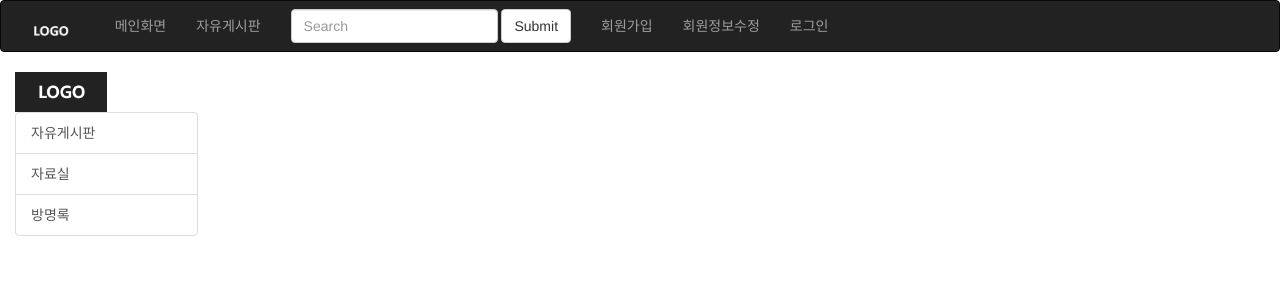
Repository: bhj305/JSP_Bulletin_Board
Page: http://localhost/BulletinBoard/14MVCBoard/Default.jsp
An editor plug-in stored every save of this project. The page is shown before and after the next save, followed by the edit.
The browser window is 1280 px wide. The pictures show the whole page.
The page is served by Tomcat 10. Other server files are loaded and not shown.

Above is the page before, as saved 2025-05-17 03:56:09.

### BulletinBoard/src/main/webapp/14MVCBoard/Default.jsp
<%@ page language="java" contentType="text/html; charset=UTF-8"
    pageEncoding="UTF-8"%>
<!DOCTYPE html>
<html>
	<head>
		<meta charset="UTF-8">
		<title>메인페이지</title>
	</head>
	<body>
		<jsp:include page="../Common/Link.jsp"></jsp:include>
		<div class="col-sm-2">
            <img src="../images/logo.png" alt="" style="height: 40px;">
            <div class="list-group">
                <a class="list-group-item list-group-item-action " href="#">자유게시판</a><!-- active 생략 -->
                <a class="list-group-item list-group-item-action" href="#" >자료실</a>
                <a class="list-group-item list-group-item-action" href="#">방명록</a>
            </div>
        </div>
	</body>
</html>

### BulletinBoard/src/main/webapp/Common/Link.jsp
<%@ page language="java" contentType="text/html; charset=UTF-8"
    pageEncoding="UTF-8"%>
<!DOCTYPE html>
<html>
	<head>
		<meta charset="UTF-8">
		<title>메인페이지</title>
	<!-- bootstrap  -->
	<link rel="stylesheet" href="https://maxcdn.bootstrapcdn.com/bootstrap/3.4.1/css/bootstrap.min.css">
	      <script src="https://ajax.googleapis.com/ajax/libs/jquery/3.7.1/jquery.min.js"></script>
	      <script src="https://maxcdn.bootstrapcdn.com/bootstrap/3.4.1/js/bootstrap.min.js"></script>
	      <link rel="stylesheet" href="https://cdnjs.cloudflare.com/ajax/libs/font-awesome/4.7.0/css/font-awesome.min.css">
	</head>
	<body>
		<nav class="navbar navbar-inverse">
            <div class="navbar-header">
                <a class="navbar-brand" href="#">
                  <img src="../images/logo.png" alt="" style="height: 30px;">
                </a>
            </div>
            <div class="container">
                <div class="btn-group">
                    <ul class="nav navbar-nav">
                        <li><a href="../14MVCBoard/Default.jsp">메인화면</a></li>
                        <li><a href="../mvcboard/list.do">자유게시판</a></li>

                        <form class="navbar-form navbar-left" action="#">
                            <div class="form-group">
                            <input type="text" class="form-control" placeholder="Search" name="search">
                            </div>
                            <button type="submit" class="btn btn-default">Submit</button>
                        </form>
                        <li >
                        <% if(session.getAttribute("UserId") == null) {%>
                            <a href="../00Board/SignUp.jsp">회원가입</a>
                            <% } %>
                        </li>
                        <li><a href="#">
                            회원정보수정</a></li>
                        <li>
                        <% if (session.getAttribute("UserId") == null) { %>
                            <a href="../00Board/LoginForm.jsp">로그인</a>
                        <% } else { %>
                            <a href="../00Board/Logout.jsp">로그아웃</a>
                            <li>
                            <a href="../00Board/MyPage.jsp">마이페이지</a>
                            </li>
                        <% } %>
                        </li>
                    </ul>
                </div>
            </div>
        </nav>
	</body>
</html>

After the next save:
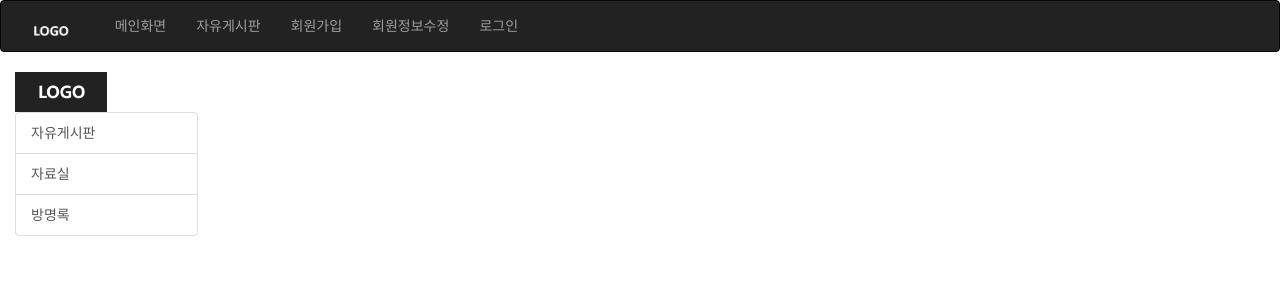
Saved 13 s later.
--- a/BulletinBoard/src/main/webapp/Common/Link.jsp
+++ b/BulletinBoard/src/main/webapp/Common/Link.jsp
@@ -23,13 +23,6 @@
                     <ul class="nav navbar-nav">
                         <li><a href="../14MVCBoard/Default.jsp">메인화면</a></li>
                         <li><a href="../mvcboard/list.do">자유게시판</a></li>
-
-                        <form class="navbar-form navbar-left" action="#">
-                            <div class="form-group">
-                            <input type="text" class="form-control" placeholder="Search" name="search">
-                            </div>
-                            <button type="submit" class="btn btn-default">Submit</button>
-                        </form>
                         <li >
                         <% if(session.getAttribute("UserId") == null) {%>
                             <a href="../00Board/SignUp.jsp">회원가입</a>
